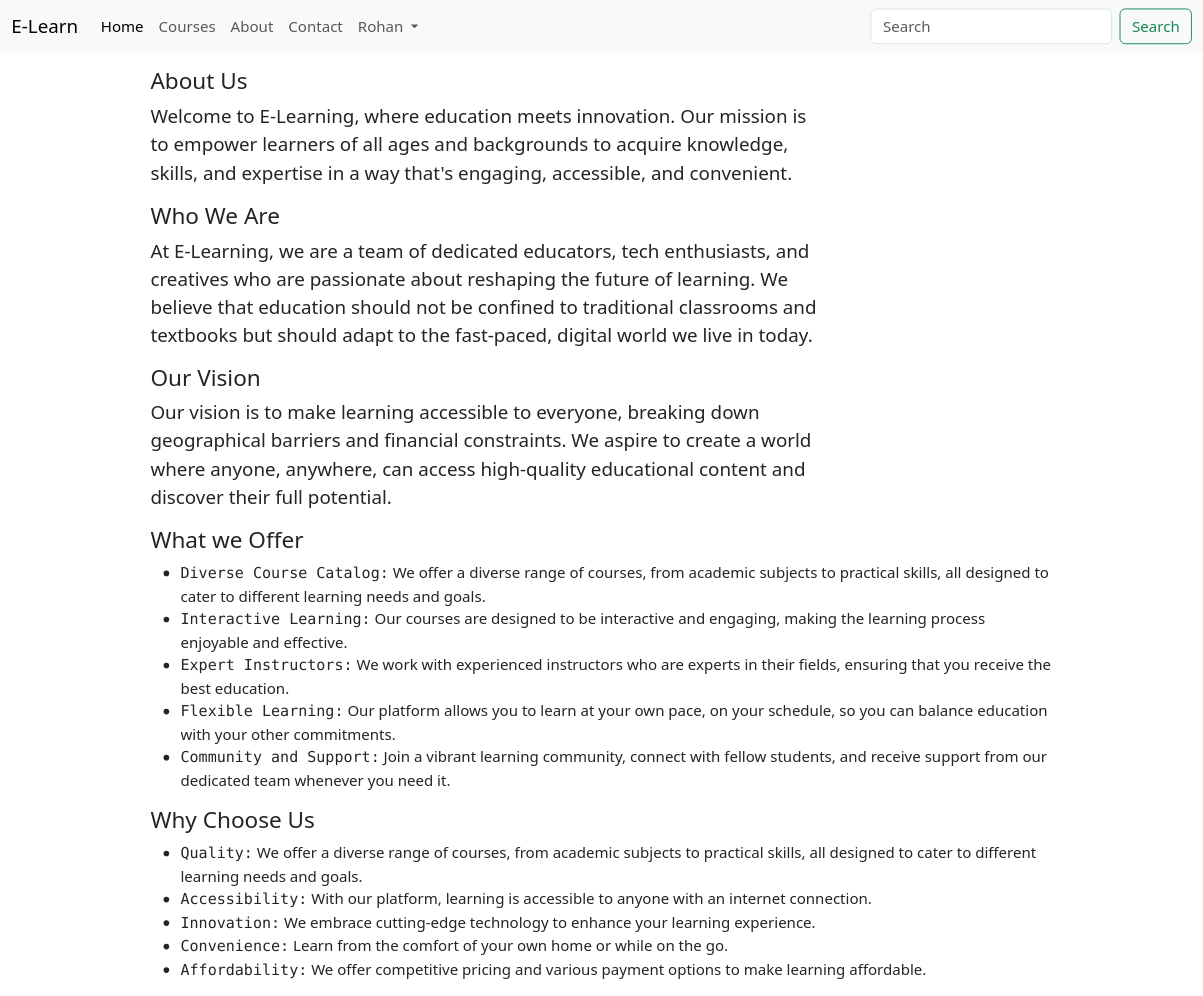
Repository: syni18/bootstrap_elarn
Page: About.html
The author's editor kept a copy of each file at every save. The page is drawn from the files as they stood at one save, then again after the next save.
The browser window is 1280 px wide. The pictures show the whole page, at 94% of full size.

Above is the page before, as saved 2023-10-25 23:25:31.

### About.html
<!doctype html>
<html lang="en">
  <head>
    <meta charset="utf-8">
    <meta name="viewport" content="width=device-width, initial-scale=1">
    <title>E-Learning</title>
    <link href="https://cdn.jsdelivr.net/npm/bootstrap@5.3.2/dist/css/bootstrap.min.css" rel="stylesheet" integrity="sha384-T3c6CoIi6uLrA9TneNEoa7RxnatzjcDSCmG1MXxSR1GAsXEV/Dwwykc2MPK8M2HN" crossorigin="anonymous">
  </head>
  <body>
    <nav class="navbar navbar-expand-lg bg-body-tertiary">
  <div class="container-fluid">
    <a class="navbar-brand" href="#">E-Learn</a>
    <button class="navbar-toggler" type="button" data-bs-toggle="collapse" data-bs-target="#navbarSupportedContent" aria-controls="navbarSupportedContent" aria-expanded="false" aria-label="Toggle navigation">
      <span class="navbar-toggler-icon"></span>
    </button>
    <div class="collapse navbar-collapse" id="navbarSupportedContent">
      <ul class="navbar-nav me-auto mb-2 mb-lg-0">
        <li class="nav-item">
          <a class="nav-link active" aria-current="page" href="#">Home</a>
        </li>
        <li class="nav-item">
          <a class="nav-link" href="#">Courses</a>
        </li>
        <li class="nav-item">
          <a class="nav-link" href="#">About</a>
        </li>
        <li class="nav-item">
          <a class="nav-link" href="#">Contact</a>
        </li>
        <li class="nav-item dropdown">
          <a class="nav-link dropdown-toggle" href="#" role="button" data-bs-toggle="dropdown" aria-expanded="false">
            Rohan
          </a>
          <ul class="dropdown-menu">
            <li><a class="dropdown-item" href="#">My Profile</a></li>
            <li><a class="dropdown-item" href="#">My Courses</a></li>
            <li><hr class="dropdown-divider"></li>
            <li><a class="dropdown-item" href="#">Log Out</a></li>
          </ul>
        </li>
      </ul>
      <form class="d-flex" role="search">
        <input class="form-control me-2" type="search" placeholder="Search" aria-label="Search">
        <button class="btn btn-outline-success" type="submit">Search</button>
      </form>
    </div>
  </div>
</nav>
<div class="m-auto w-75">
    <div class="mt-3">
    <h6 class="fs-4 ">About Us</h6>
    <p class="w-75  lead">Welcome to E-Learning, where education meets innovation. Our mission is to empower learners of all ages and backgrounds to acquire knowledge, skills, and expertise in a way that's engaging, accessible, and convenient.</p>
</div>
<div class="mt-3">
    <h6 class="fs-4">Who We Are</h6>
    <p class="w-75 lead">At E-Learning, we are a team of dedicated educators, tech enthusiasts, and creatives who are passionate about reshaping the future of learning. We believe that education should not be confined to traditional classrooms and textbooks but should adapt to the fast-paced, digital world we live in today.</p>
</div>
<div class="mt-3">
    <h6 class="fs-4 ">Our Vision</h6>
    <p class="w-75  lead">Our vision is to make learning accessible to everyone, breaking down geographical barriers and financial constraints. We aspire to create a world where anyone, anywhere, can access high-quality educational content and discover their full potential.</p>
</div>
<div class="mt-3">
    <h6 class="fs-4 ">What we Offer</h6>
    <ul class="">
        <li class=""><samp>Diverse Course Catalog:</samp> We offer a diverse range of courses, from academic subjects to practical skills, all designed to cater to different learning needs and goals.</li>
        <li><samp>Interactive Learning:</samp> Our courses are designed to be interactive and engaging, making the learning process enjoyable and effective.</li>
        <li><samp>Expert Instructors:</samp> We work with experienced instructors who are experts in their fields, ensuring that you receive the best education.</li>
        <li><samp>Flexible Learning:</samp> Our platform allows you to learn at your own pace, on your schedule, so you can balance education with your other commitments.</li>
        <li><samp>Community and Support:</samp> Join a vibrant learning community, connect with fellow students, and receive support from our dedicated team whenever you need it.</li>
    </ul>
</div>
<div class="mt-3">
    <h6 class="fs-4 ">Why Choose Us</h6>
    <ul class="">
        <li class=""><samp>Quality:</samp> We offer a diverse range of courses, from academic subjects to practical skills, all designed to cater to different learning needs and goals.</li>
        <li><samp>Accessibility:</samp>  With our platform, learning is accessible to anyone with an internet connection.</li>
        <li><samp>Innovation:</samp> We embrace cutting-edge technology to enhance your learning experience.</li>
        <li><samp>Convenience:</samp> Learn from the comfort of your own home or while on the go.</li>
        <li><samp>Affordability:</samp>  We offer competitive pricing and various payment options to make learning affordable.</li>
    </ul>
</div>
</div>
    <script src="https://cdn.jsdelivr.net/npm/bootstrap@5.3.2/dist/js/bootstrap.bundle.min.js" integrity="sha384-C6RzsynM9kWDrMNeT87bh95OGNyZPhcTNXj1NW7RuBCsyN/o0jlpcV8Qyq46cDfL" crossorigin="anonymous"></script>
  </body>
</html>

After the next save:
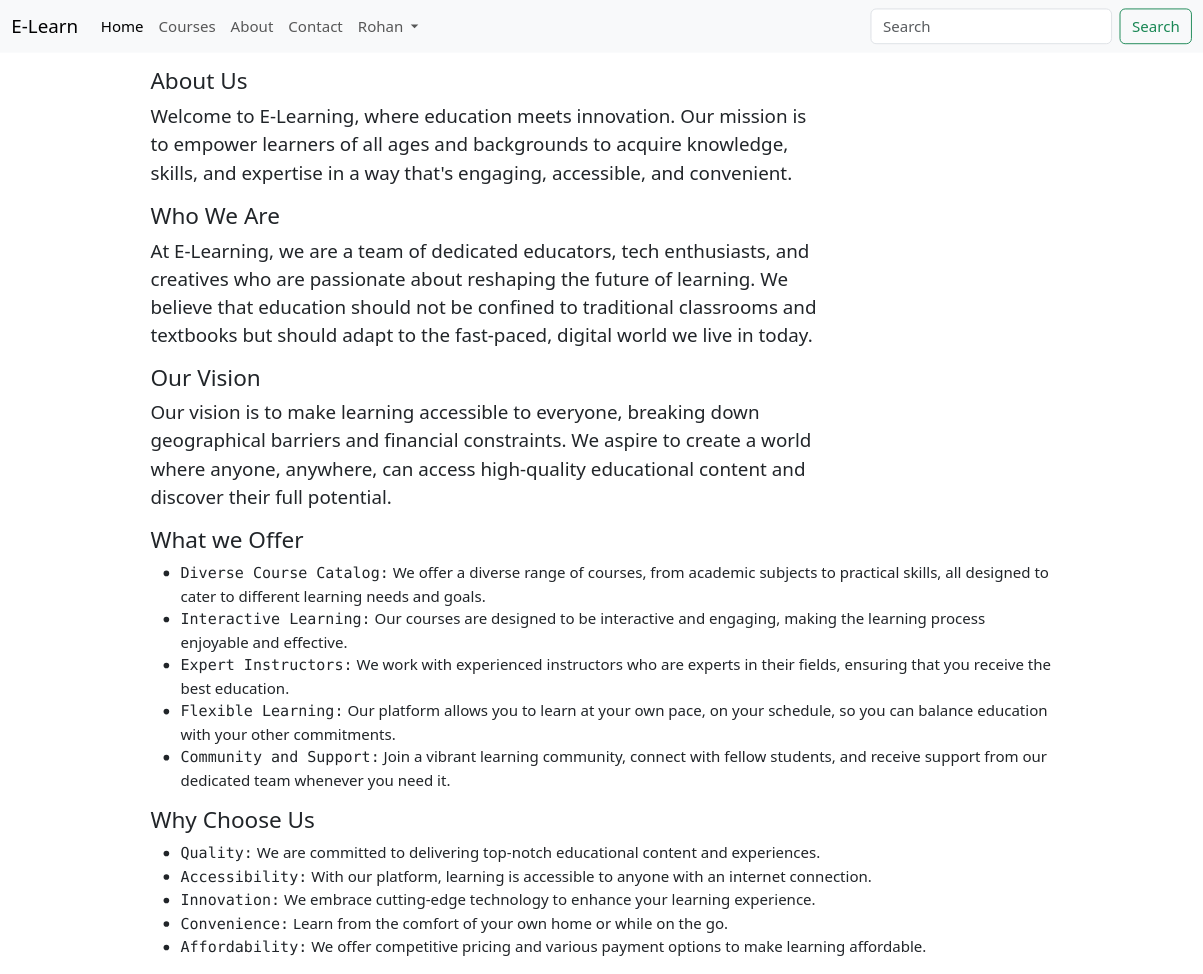
Saved 12 s later.
--- a/About.html
+++ b/About.html
@@ -72,7 +72,7 @@
 <div class="mt-3">
     <h6 class="fs-4 ">Why Choose Us</h6>
     <ul class="">
-        <li class=""><samp>Quality:</samp> We offer a diverse range of courses, from academic subjects to practical skills, all designed to cater to different learning needs and goals.</li>
+        <li class=""><samp>Quality:</samp>  We are committed to delivering top-notch educational content and experiences.</li>
         <li><samp>Accessibility:</samp>  With our platform, learning is accessible to anyone with an internet connection.</li>
         <li><samp>Innovation:</samp> We embrace cutting-edge technology to enhance your learning experience.</li>
         <li><samp>Convenience:</samp> Learn from the comfort of your own home or while on the go.</li>
